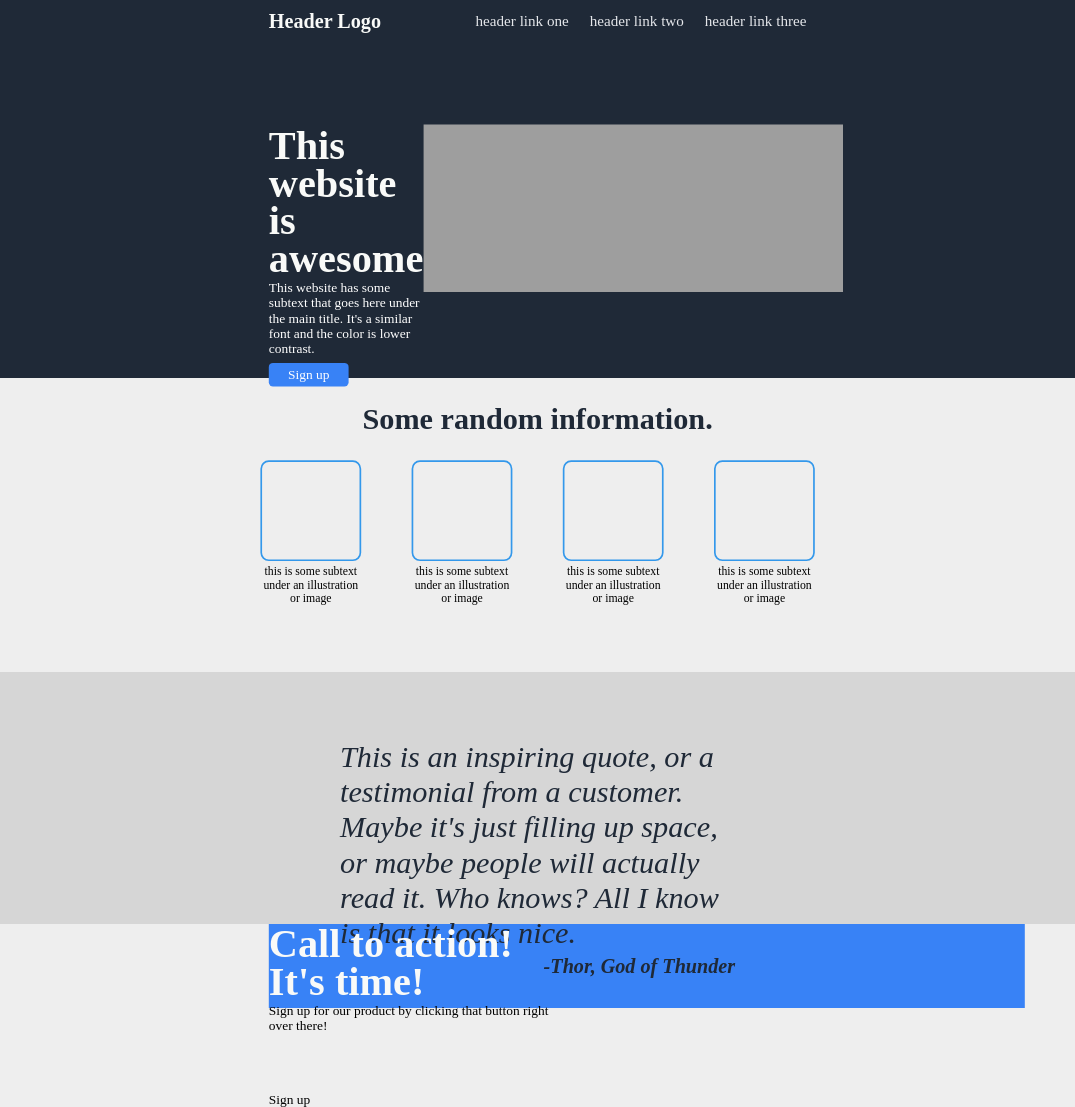
Repository: Pafestivo/Dummy-Landing-Page
Page: index.html
These files come from the project's save history. The page is drawn as it stood at one moment and after the next save; the edit follows.
The browser window is 1280 px wide. The pictures show the whole page, at 84% of full size.
Pictures or frames that could not be fetched are drawn as grey boxes.

Above is the page before, as saved 2022-09-26 19:27:05.

After the next save:
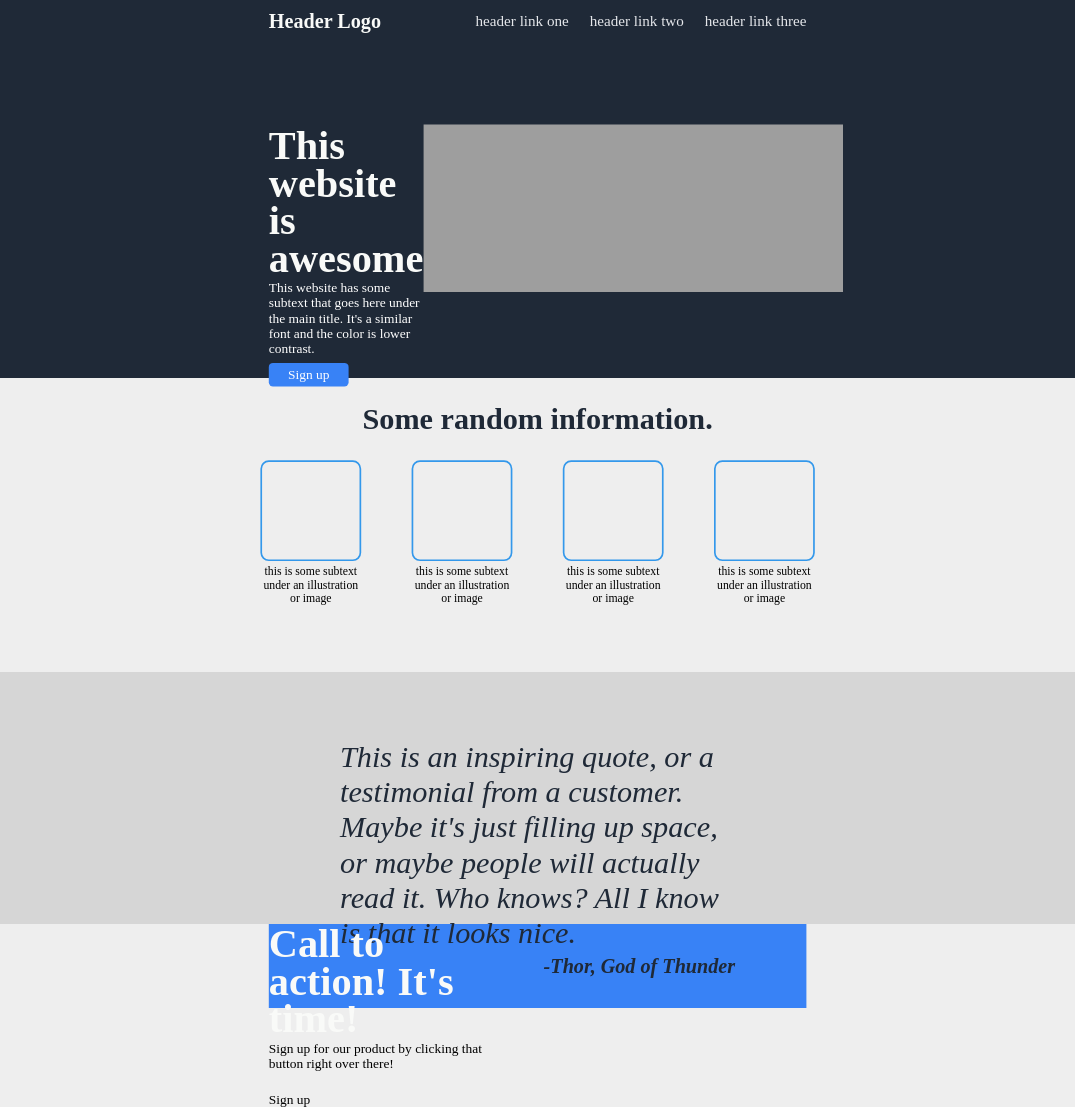
Saved 10 s later.
--- a/styles.css
+++ b/styles.css
@@ -164,7 +164,7 @@ right p {
 
 /* Fourth section */
 .coa {
-  width: 900px;
+  width: 100%;
   height: 100px;
   background-color: #3882F6;
 }
